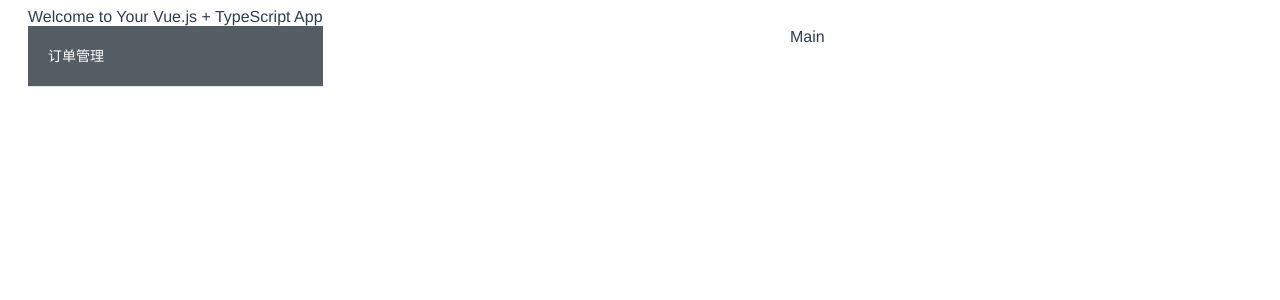
Repository: TheWomanLiketheWind/woodpecker
Page: /
An editor plug-in stored every save of this project. The page is shown before and after the next save, followed by the edit.
The browser window is 1280 px wide. The pictures show the whole page.
The project was rebuilt for these pictures with package versions that can differ from the ones it lists, and the page was loaded fresh each time. Imported but missing from the stored project, and not drawn on this page: src/views/About.vue.

Above is the page before, as saved 2019-07-25 14:31:44.

### public/index.html
<!DOCTYPE html>
<html lang="en">
  <head>
    <meta charset="utf-8">
    <meta http-equiv="X-UA-Compatible" content="IE=edge">
    <meta name="viewport" content="width=device-width,initial-scale=1.0">
    <link rel="icon" href="<%= BASE_URL %>favicon.ico">
    <title>woodpecker</title>
  </head>
  <body>
    <noscript>
      <strong>We're sorry but woodpecker doesn't work properly without JavaScript enabled. Please enable it to continue.</strong>
    </noscript>
    <div id="app"></div>
    <!-- built files will be auto injected -->
  </body>
</html>

### src/App.vue
<template>
  <div id="app">
    <router-view />
  </div>
</template>

<style lang="scss">
#app {
  font-family: "Avenir", Helvetica, Arial, sans-serif;
  -webkit-font-smoothing: antialiased;
  -moz-osx-font-smoothing: grayscale;
  text-align: center;
  color: #2c3e50;
}
#nav {
  padding: 30px;
  a {
    font-weight: bold;
    color: #2c3e50;
    &.router-link-exact-active {
      color: #42b983;
    }
  }
}
</style>

### src/views/Home.vue
<template>
  <el-container>

    <Head msg="Welcome to Your Vue.js + TypeScript App"></Head>
    <el-main>Main</el-main>
  </el-container>
  <!-- <div class="home">
    <img alt="Vue logo" src="../assets/logo.png">
    <HelloWorld msg="Welcome to Your Vue.js + TypeScript App"/>
  </div> -->

</template>

<script lang="ts">
import { Component, Vue } from "vue-property-decorator";
import Head from "@/components/Head.vue"; // @ is an alias to /src

@Component({
  components: {
    Head
  }
})
export default class Home extends Vue {}
</script>

### src/components/Head.vue
<template>
  <el-header>
    {{msg}}
    <el-menu :default-active="activeIndex"
             class="el-menu-demo"
             mode="horizontal"
             background-color="#545c64"
             text-color="#fff"
             active-text-color="#ffd04b"
             @select="handleSelect">
      <el-menu-item index="1">订单管理
      </el-menu-item>
      <el-menu-item index="2">
        <router-link>订单管理</router-link>
      </el-menu-item>
      <el-menu-item index="3">
        <router-link>订单管理</router-link>
      </el-menu-item>
    </el-menu>
  </el-header>
</template>

<script lang="ts">
import { Component, Prop, Vue } from "vue-property-decorator";

@Component
export default class Head extends Vue {
  @Prop() private msg!: string;
  data() {
    return {
      activeIndex: 0
    };
  }

  private handleSelect(key: any, keyPath: any) {
    console.log(key, keyPath);
  }
}
</script>

<style>
</style>

Loaded but not shown: src/main.ts (common file); src/router.ts (common file); src/store.ts (common file)

After the next save:
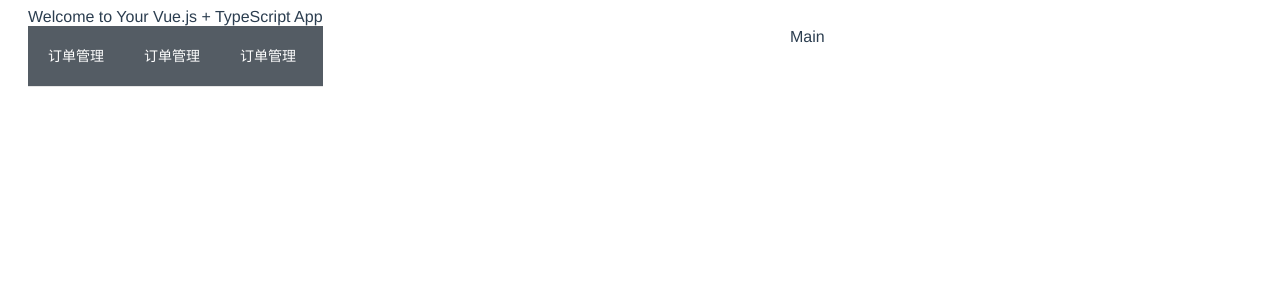
Saved 7 s later.
--- a/src/components/Head.vue
+++ b/src/components/Head.vue
@@ -10,11 +10,9 @@
              @select="handleSelect">
       <el-menu-item index="1">订单管理
       </el-menu-item>
-      <el-menu-item index="2">
-        <router-link>订单管理</router-link>
+      <el-menu-item index="2">订单管理
       </el-menu-item>
-      <el-menu-item index="3">
-        <router-link>订单管理</router-link>
+      <el-menu-item index="3">订单管理
       </el-menu-item>
     </el-menu>
   </el-header>
